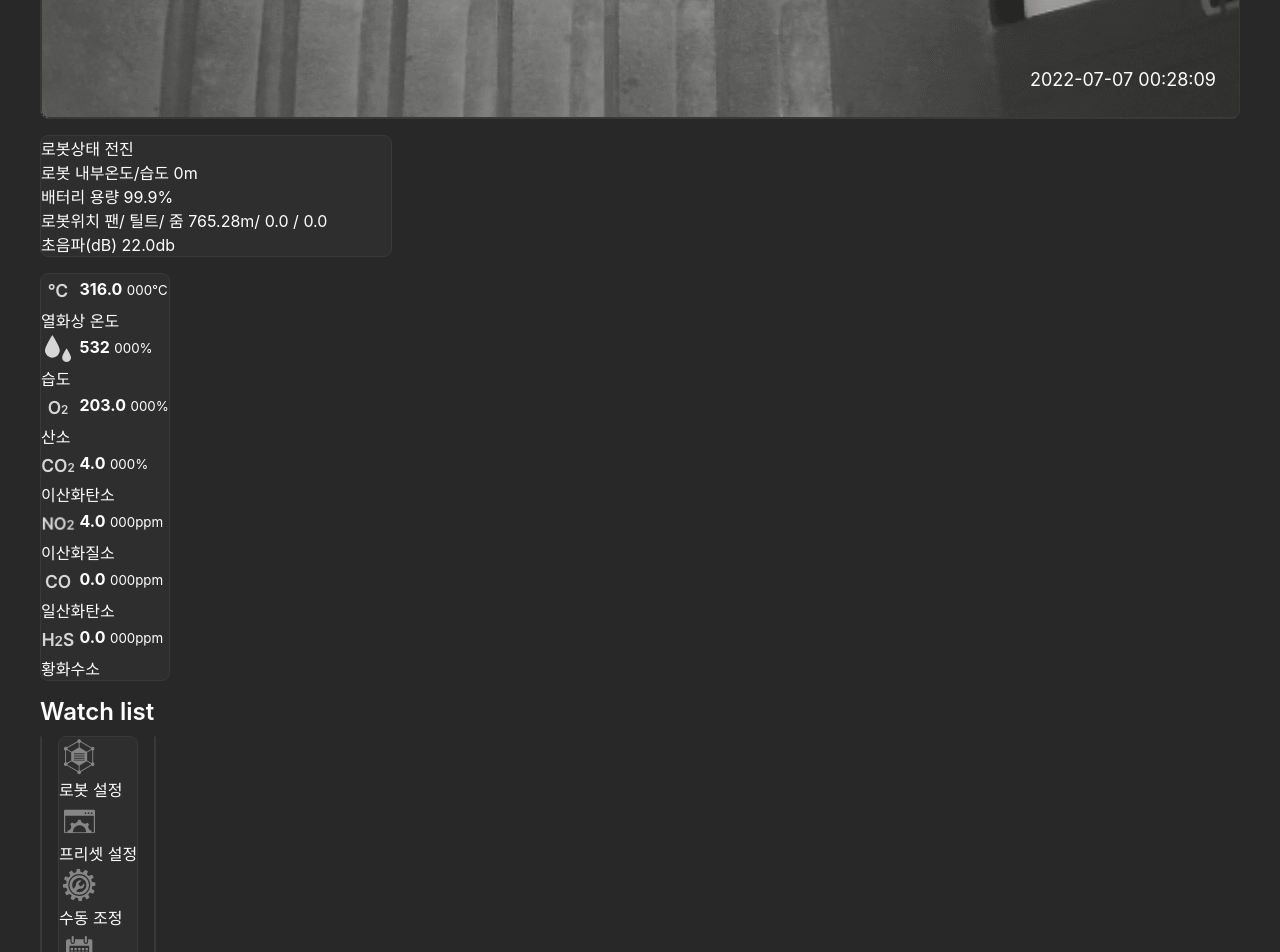
Repository: jang0ha/betobot
Page: content/main/main.html
The author's editor kept a copy of each file at every save. The page is drawn from the files as they stood at one save, then again after the next save.
The browser window is 1280 px wide. The pictures show the part of the page from y = 707 to 1659 px (the page is 1805 px tall).
Some web fonts or font styles are not loaded; a fallback is used. The style sheet was rebuilt from its Sass, Less or Tailwind sources for each picture, by a compiler version that may differ from the author's.

Above is the page before, as saved 2022-07-12 17:42:26.

### content/main/main.html
<!DOCTYPE html>
<html lang="en">

<head>
    <meta charset="UTF-8">
    <meta http-equiv="X-UA-Compatible" content="IE=edge">
    <meta name="viewport" content="width=device-width, initial-scale=1.0">
    <meta name="viewport" content="width=device-width, user-scalable=no, initial-scale=1.0">
    <meta name="format-detection" content="telephone=no">
    <title>BETOBOT</title>

    <!-- 스타일 css -->
    <link rel="stylesheet" href="/resources/css/style.css">



    <!-- 제이쿼리 js -->
    <script src="/resources/js/jquery/jquery.min.js"></script>
    <script src="/resources/lib/jquery-ui/jquery-ui.min.js"></script>

    <!-- gsap -->
    <script src="/resources/lib/gsap/gsap.min.js"></script>
</head>
<body id="main">
    <div id="wrap">
        <!-- 헤더 -->
        <div id="header-block">
            <header>
                <div class="container">
                    <div class="header-wrap">
                        <a href="/content/main/main.html" class="logo-wrap">
                            <img src="../../resources/images/icon-logo.png" alt="BETOBOT 로고 이미지" class="logo">
                            <img src="../../resources/images/icon-camera.svg" alt="로고 카메라 이미지" class="logo-camera">
                        </a>
                    </div>
                </div>
            </header>
        </div>

        <!-- 컨텐츠 -->
        <div id="content-block">
            <main id="content" role="main">
                <div class="container">
                    <div class="row-wrap">
                        <div class="left-container">
                            <div class="title">Front Door A-12</div>
                            <div class="row-wrap">
                                <div class="front-list-wrap card" style="background-image:url('../../resources/images/@sample-front-img.png')">
                                    <div class="front-btn-wrap">
                                        <ul>
                                            <li>
                                                <a href="javascript:;"  class="active">
                                                    <i class="icon-front-camera"></i>
                                                    <p>실화상</p>
                                                </a>
                                            </li>
                                            <li>
                                                <a href="javascript:;" >
                                                    <i class="icon-front-temper"></i>
                                                    <p>열화상</p>
                                                </a>
                                            </li>
                                            <li>
                                                <a href="javascript:;">
                                                    <i class="icon-front-wave"></i>
                                                    <p>초음파</p>
                                                </a>
                                            </li>
                                            <li>
                                                <a href="javascript:;">
                                                    <i class="icon-front-fire"></i>
                                                    <p>화재감시</p>
                                                </a>
                                            </li>
                                        </ul>
                                    </div>

                                    <div class="front-date-wrap">
                                        2022-07-07 00:28:09
                                    </div>
                                </div>

                                <div class="row-wrap">
                                    <div class="robot-information-wrap card">
                                        <div class="front-btn-wrap">
                                            <ul>
                                                <li>
                                                    <span class="index">로봇상태</span>
                                                    <span class="index-information">전진</span>
                                                </li>
                                                <li>
                                                    <span class="index">로봇 내부온도/습도</span>
                                                    <span class="index-information">0m</span>
                                                </li>
                                                <li>
                                                    <span class="index">배터리 용량</span>
                                                    <span class="index-information">99.9%</span>
                                                </li>
                                                <li>
                                                    <span class="index">로봇위치 팬/ 틸트/ 줌</span>
                                                    <span class="index-information">765.28m/ 0.0 / 0.0</span>
                                                </li>
                                                <li>
                                                    <span class="index">초음파(dB)</span>
                                                    <span class="index-information">22.0db</span>
                                                </li>
                                            </ul>
                                        </div>
                                    </div>
                                    <div class="sensor-information-wrap card">
                                        <ul>
                                            <li>
                                                <i class="icon-info-temper"></i>
                                                <strong>316.0</strong>
                                                <small>000℃</small>
                                                <p class="name">열화상 온도</p>
                                            </li>
                                            <li>
                                                <i class="icon-info-humidity"></i>
                                                <strong>532</strong>
                                                <small>000%</small>
                                                <p class="name">습도</p>
                                            </li>
                                            <li>
                                                <i class="icon-info-o2"></i>
                                                <strong>203.0</strong>
                                                <small>000%</small>
                                                <p class="name">산소</p>
                                            </li>
                                            <li>
                                                <i class="icon-info-co2"></i>
                                                <strong>4.0</strong>
                                                <small>000%</small>
                                                <p class="name">이산화탄소</p>
                                            </li>
                                            <li>
                                                <i class="icon-info-no2"></i>
                                                <strong>4.0</strong>
                                                <small>000ppm</small>
                                                <p class="name">이산화질소</p>
                                            </li>
                                            <li>
                                                <i class="icon-info-co"></i>
                                                <strong>0.0</strong>
                                                <small>000ppm</small>
                                                <p class="name">일산화탄소</p>
                                            </li>
                                            <li>
                                                <i class="icon-info-h2s"></i>
                                                <strong>0.0</strong>
                                                <small>000ppm</small>
                                                <p class="name">황화수소</p>
                                            </li>
                                        </ul>
                                    </div>
                                </div>
                            </div>
                        </div>
                        <div class="right-contianer">
                            <div class="title">Watch list</div>
                            <div class="row-wrap">
                                <div class="watch-list-wrap card"></div>
                                <div class="watch-list-btn-wrap card">
                                    <ul>
                                        <li>
                                            <a href="">
                                                <i class="icon-menu-robot"></i>
                                                <p>로봇 설정</p>
                                            </a>
                                        </li>
                                        <li>
                                            <a href="">
                                                <i class="icon-menu-preset"></i>
                                                <p>프리셋 설정</p>
                                            </a>
                                        </li>
                                        <li>
                                            <a href="">
                                                <i class="icon-menu-handwork"></i>
                                                <p>수동 조정</p>
                                            </a>
                                        </li>
                                        <li>
                                            <a href="">
                                                <i class="icon-menu-schedule"></i>
                                                <p>스케줄 설정</p>
                                            </a>
                                        </li>
                                        <li>
                                            <a href="">
                                                <i class="icon-menu-etc"></i>
                                                <p>기타 설정</p>
                                            </a>
                                        </li>
                                    </ul>
                                </div>
                                <div class="watch-map card">

                                </div>
                            </div>
                        </div>
                    </div>
                </div>
            </main>
        </div>


        <!-- 푸터 -->
        <!-- <div id="footer-block">
            <footer>
            </footer>
        </div> -->
    </div>

    <!-- ui.js  -->
    <!-- <script src="/resources/js/ui.js"></script> -->

    <script>

    </script>
</body>

</html>

### resources/scss/style.scss
@import url('https://cdn.jsdelivr.net/gh/orioncactus/pretendard/dist/web/static/pretendard-dynamic-subset.css');

* {
    padding: 0;
    margin: 0;
}

html,body{
    margin:0;padding:0; width:100%; height:100%;
    font-family: 'Pretendard', -apple-system, BlinkMacSystemFont, system-ui, Roboto, 'Helvetica Neue', 'Segoe UI', 'Apple SD Gothic Neo', 'Noto Sans KR', 'Malgun Gothic', sans-serif;
    background:#282828;
    color:#fff;

    scrollbar-face-color: transparent;
	scrollbar-track-color: transparent;
	scrollbar-arrow-color: #fff;
	scrollbar-3dlight-color: none;
	scrollbar-shadow-color: #fff;
	scrollbar-darkshadow-color: none;
    scrollbar-color: #fff transparent;
    scrollbar-width: auto;
}
::-webkit-scrollbar{
	width: 8px;
	height: 8px;
	background-color: transparent;
}
::-webkit-scrollbar-track{
	border-radius: 0;
	background-color: transparent;
}
::-webkit-scrollbar-thumb{
	border-radius: 8px;
	background-color: #fff;
}
::-webkit-scrollbar-button {
    width: 0;
    height: 0;
}

ul,ol{
    list-style: none;
}
a{text-decoration: none; display: block; color:#fff;}

.container{
    width: calc(100% - 80px);
    padding:0 40px;
}


// 이미지
[class^=icon-]{display: inline-block;vertical-align: middle;background-repeat: no-repeat;background-position: 50% 50%; background-size: contain;}
[class^=icon-front-]{width:50px; height:50px;}
[class^=icon-info-]{width:34px; height:34px;}
[class^=icon-menu-]{width:40px; height:40px;}

.icon-front-camera{background-image: url('../images/icon-front-camera.svg');}
.icon-front-temper{background-image: url('../images/icon-front-temper.svg');}
.icon-front-wave{background-image: url('../images/icon-front-wave.svg');}
.icon-front-fire{background-image: url('../images/icon-front-fire.svg');}

.icon-info-temper{background-image: url('../images/icon-info-temper.png');}
.icon-info-humidity{background-image: url('../images/icon-info-humidity.png');}
.icon-info-o2{background-image: url('../images/icon-info-o2.png');}
.icon-info-co2{background-image: url('../images/icon-info-co2.png');}
.icon-info-no2{background-image: url('../images/icon-info-no2.png');}
.icon-info-co{background-image: url('../images/icon-info-co.png');}
.icon-info-h2s{background-image: url('../images/icon-info-h2s.png');}

.icon-menu-robot{background-image: url('../images/icon-menu-robot.svg');}
.icon-menu-preset{background-image: url('../images/icon-menu-preset.svg');}
.icon-menu-handwork{background-image: url('../images/icon-menu-handwork.svg');}
.icon-menu-schedule{background-image: url('../images/icon-menu-schedule.svg');}
.icon-menu-etc{background-image: url('../images/icon-menu-etc.svg');}


// 헤더
#header-block{
    padding:35px 0 5px 0;
    .logo-wrap{
        display: flex;
        align-items: flex-start;
        .logo{
            width: 176px;
            margin-right: 16px;
        }
    }
}

// 컨텐트
#content{
    padding:40px 0;
}

// 공통 시작
.row-wrap{
    display: flex;
    gap: 16px;
    flex-wrap: wrap;
}

.card{
    border-radius: 8px;
    border: solid 1px #393939;
    background-color: #2e2e2e;
}

.title{
    font-size: 24px;
    font-weight: 600;
    margin-bottom: 10px;
}

// 공통 끝

.left-container{
    flex:0 0 1200px;
}
.right-container{
    flex:0 0 auto;
}

.front-list-wrap{
    position: relative;
    width: 100%;
    height: 675px;
    .front-btn-wrap{
        position: absolute;
        right: 7px;
        top: 7px;
    }
    .front-date-wrap{
        position: absolute;
        right: 23px;
        bottom: 28px;
        font-size: 18px;
    }
    ul{
        display: grid;
        grid-template-columns: 1fr 1fr 1fr 1fr;
        gap: 4px;
        li{
            width: 100px;
            height:100px;
            a{
                display: flex;
                flex-direction: column;
                align-items: center;
                justify-content: center;
                padding:10px 0 13px 0;
                background-color: #2e2e2e40;
                border-radius: 8px;
                p{
                    margin-top: 4px;
                }
                &.active{
                    background-color: #ff7510;
                }
            }
        }
    }
}

.robot-information-wrap{
    flex: 0 0 350px;
}

Loaded but not shown: resources/js/jquery/jquery.min.js (library); resources/lib/jquery-ui/jquery-ui.min.js (library); resources/lib/gsap/gsap.min.js (library)

After the next save:
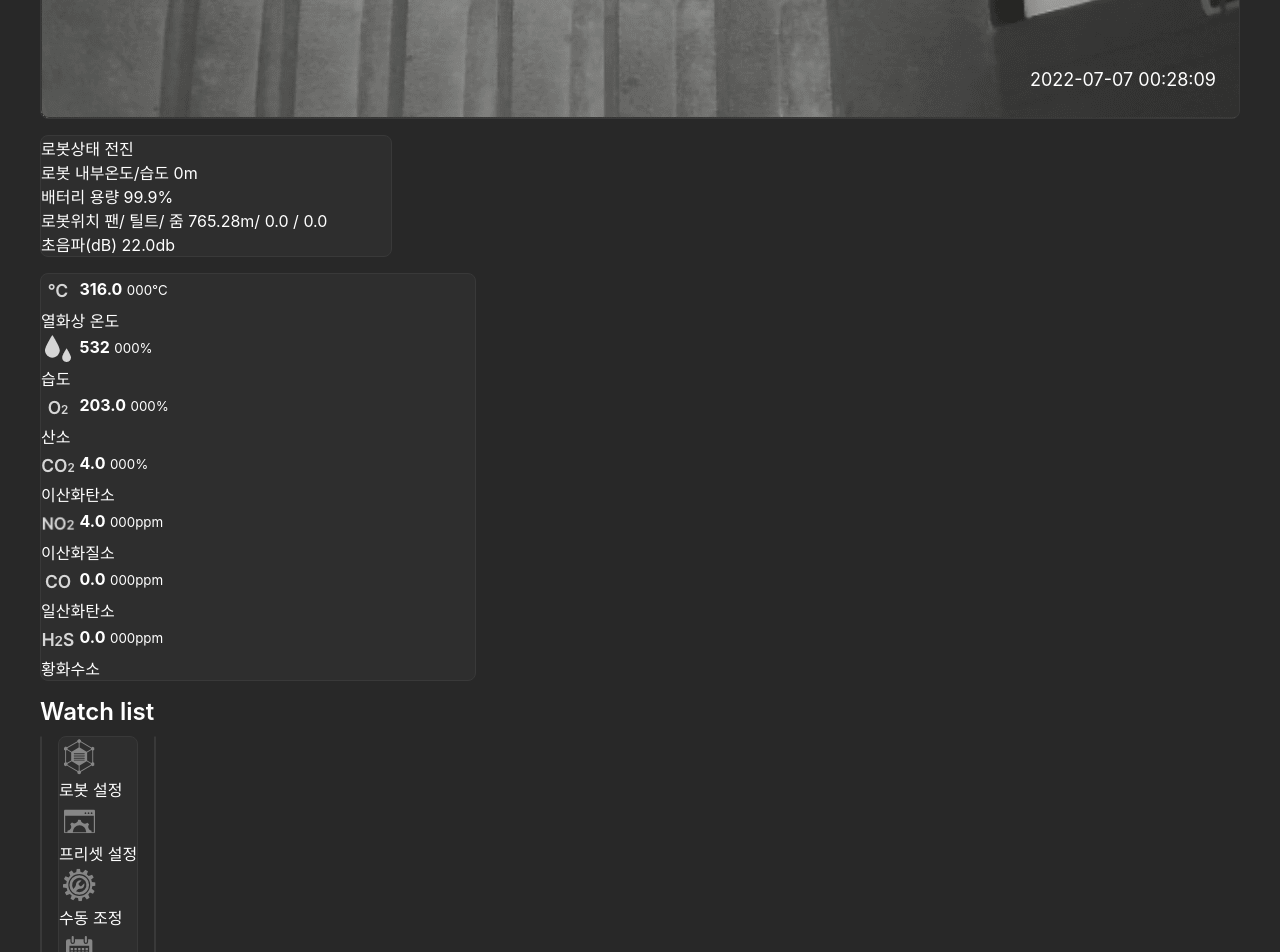
Saved 13 s later.
--- a/resources/scss/style.scss
+++ b/resources/scss/style.scss
@@ -165,3 +165,7 @@
 .robot-information-wrap{
     flex: 0 0 350px;
 }
+
+.sensor-information-wrap{
+    flex:0 0 100%;
+}

After the save that followed:
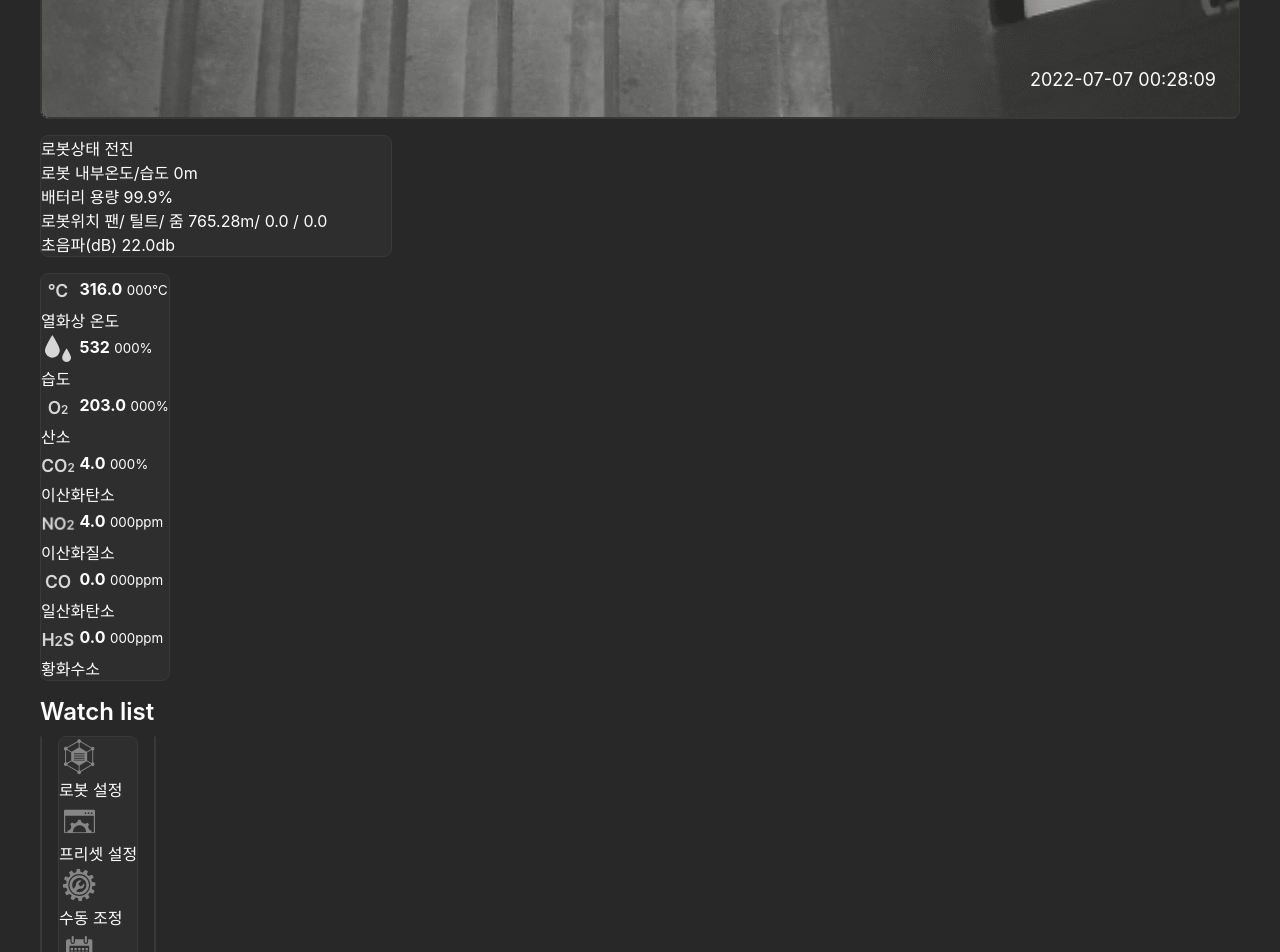
Saved 4 s later.
--- a/resources/scss/style.scss
+++ b/resources/scss/style.scss
@@ -167,5 +167,5 @@
 }
 
 .sensor-information-wrap{
-    flex:0 0 100%;
+    flex:0 0 auto;
 }
